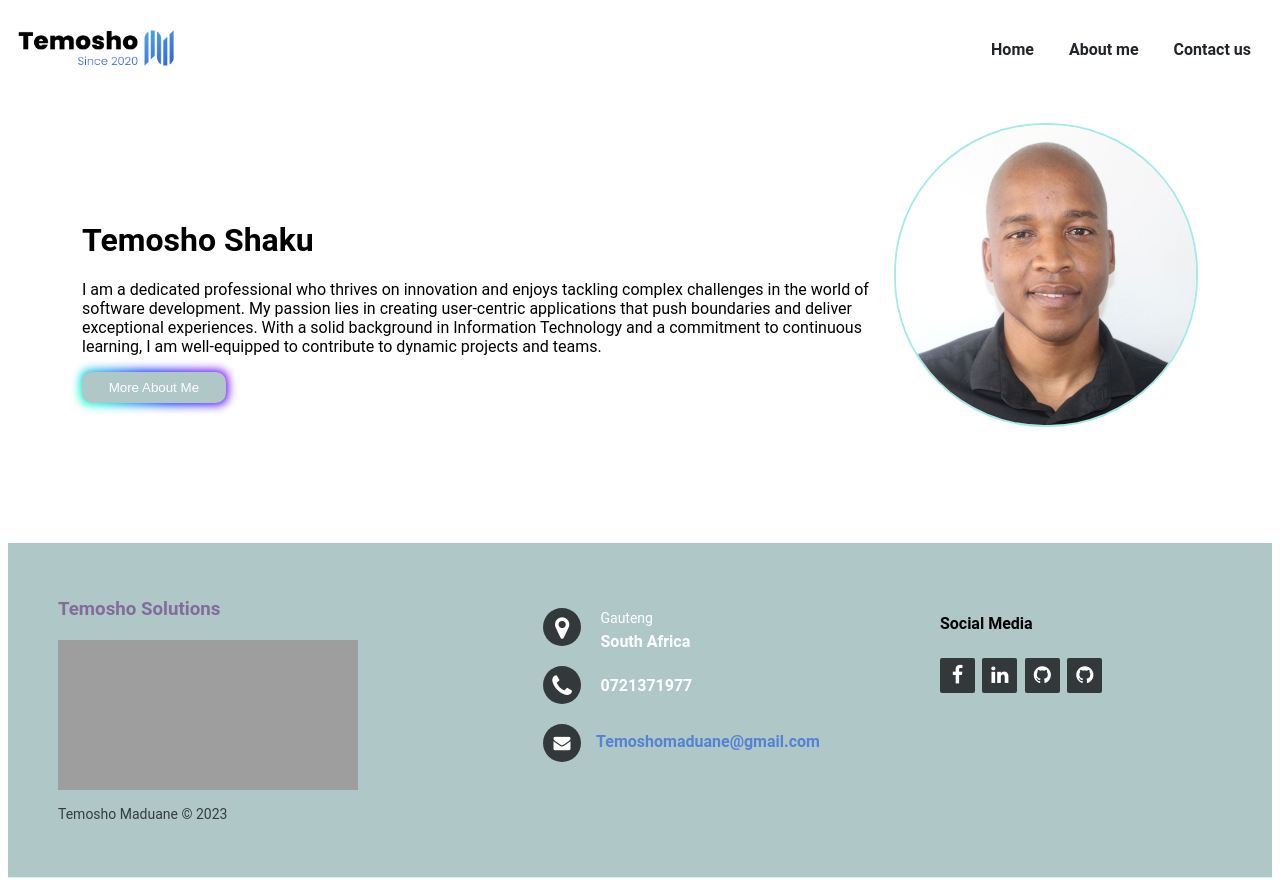
Repository: TemoshoS/T-Shaku
Page: index.html
The author's editor kept a copy of each file at every save. The page is drawn from the files as they stood at one save, then again after the next save.
The browser window is 1280 px wide. The pictures show the whole page.
Pictures or frames that could not be fetched are drawn as grey boxes. Some web libraries are served in a nearby version.

Above is the page before, as saved 2023-09-28 14:55:51.

### index.html
<!DOCTYPE html>
<html>
<title>Temosho Shaku</title>
<meta charset="UTF-8">
<meta name="viewport" content="width=device-width,initial-scale=1">


<link rel="stylesheet" href="./css/style.css">

<link rel="stylesheet" href="http://maxcdn.bootstrapcdn.com/font-awesome/4.2.0/css/font-awesome.min.css">
<link href="http://fonts.googleapis.com/css?family=Cookie" rel="stylesheet" type="text/css">

<body>

  <header>
    <div>
      <table style="width: 100%;">
        <tr>
          <td>
            <a href="index.html">
              <img src="./images/logo.png" style="height: 50px;" alt="No logo" />
            </a>
          </td>
          <td align="right">
            <nav>
              <!-- Mobile Menu Icon -->
              <div class="menu-icon" onclick="toggleMenu()">
                <div class="bar"></div>
                <div class="bar"></div>
                <div class="bar"></div>
              </div>
              <!-- Navigation Links (Initially Hidden) -->
              <ul class="nav-links">
                <a href="index.html" class="nav-link"><b>Home</b></a>
                <a href="about.html" class="nav-link"><b>About me</b></a>
                <a href="contact.html" class="nav-link"><b>Contact us</b></a>
              </ul>
            </nav>
          </td>
        </tr>
      </table>
    </div>
  </header>



  <main>
    <table style="width: 100%; height: 300px">

      <tr>
        <td style="padding-left: 10vh; padding-top: 50px">
          <h1 id="name" class="name"></h1>
          <p style="width: 100%" id="para" class="description"></p>
          <button onclick="window.location.href='about.html'" class="buttonmore">More About Me</button>



        </td>
        <td align="right" style="padding-right: 10vh; padding-top: 30px; padding-bottom: 30px">
          <img src="./images/Temosho.jpg" alt="No picture" class="img-profile" />

        </td>
      </tr>
    </table>
  </main>


  <footer class="footer-distributed">
    <div class="footer-left">

      <h3><span>Temosho Solutions</span></h3>
      <p class="footer-links">
        <iframe
          src="https://www.google.com/maps/embed?pb=!1m18!1m12!1m3!1d57373.12731923028!2d28.183328280934226!3d-26.00669819115315!2m3!1f0!2f0!3f0!3m2!1i1024!2i768!4f13.1!3m3!1m2!1s0x1e956bed9ab01b69%3A0xc853e498933bab2e!2sTembisa%2C%201632!5e0!3m2!1sen!2sza!4v1676883111483!5m2!1sen!2sza"
          width="300" height="150" style="border:0;" allowfullscreen="" loping="lazy"></iframe>


      </p>


      <p class="footer-portfolio-name">Temosho Maduane &copy; 2023</p>
    </div>

    <div class="footer-center">

      <div>
        <i class="fa fa-map-marker"></i>
        <p><span>Gauteng</span>South Africa</p>
      </div>
      <div>
        <i class="fa fa-phone"></i>
        <p>0721371977</p>
        </p>

      </div>
      <div>

        <p><a href="temoshomaduane@gmail.com"><i class="fa fa-envelope"></i>Temoshomaduane@gmail.com</a>
        </p>
      </div>
    </div>

    <div class="footer-right">
      <p>
        Social Media
      </p>

      <div class="footer-icons">
        <a href="https://m.facebook.com/temosho.shaku"><i class="fa fa-facebook"></i></a>
        <a href="https://www.linkedin.com/mwlite/in/temosho-shaku-a2598917b"><i class="fa fa-linkedin"></i></a>
        <a href="https://github.com/TemoshoS"><i class="fa fa-github"></i></a>
        <a href="https://api.whatsapp.com/send?phone=27 721371977"><i class="fa fa-github"></i></a>

      </div>

    </div>
  </footer>
  <script src="./javascript/index.js"></script>
</body>

</html>

### css/style.css
/*Navigation bar*/
.nav-link {
	text-decoration: none;
	display: inline-block;
	padding: 13px 13px;
	color: #212529;
	margin-right: 5px;
  }

  .nav-link:hover {
	text-decoration:none;
	border-bottom: 2px solid #84e7ee;
  }


@import url("https://fonts.googleapis.com/css2?family=Roboto:wght@100&display=swap");
h1,
h2,
h3,
h4,
h5,
h6,
p,
a,
label,
address,
input {
	font-family: "Roboto", sans-serif;
}

/* CSS for Mobile Menu Icon */
.menu-icon {
    display: none; /* Initially hidden */
    cursor: pointer;
}

.menu-icon .bar {
    width: 25px;
    height: 3px;
    background-color: #212529;
    margin: 4px 0;
}

/* Add this to your style.css file */

.name{
font-family: ;

}

.description{

}
.img-profile {
    border-radius: 150px;
    object-fit: cover;
    border: 2px solid rgb(166, 233, 233);
    width: 300px;
    height: 300px;
}


/*button*/

.buttonmore {
	padding: 0.6em 2em;
	border: none;
	outline: none;
	color: rgb(255, 255, 255);
	cursor: pointer;
	position: relative;
	z-index: 0;
	border-radius: 10px;
	user-select: none;
	-webkit-user-select: none;
	touch-action: manipulation;
  }

  .buttonmore:before {
	content: "";
	background: linear-gradient(
	  45deg,
	  #ff0000,
	  #ff7300,
	  #fffb00,
	  #48ff00,
	  #00ffd5,
	  #002bff,
	  #7a00ff,
	  #ff00c8,
	  #ff0000
	);
	position: absolute;
	top: -2px;
	left: -2px;
	background-size: 400%;
	z-index: -1;
	filter: blur(5px);
	-webkit-filter: blur(5px);
	width: calc(100% + 4px);
	height: calc(100% + 4px);
	animation: glowing-button-85 20s linear infinite;
	transition: opacity 0.3s ease-in-out;
	border-radius: 10px;
  }

  @keyframes glowing-button-85 {
	0% {
	  background-position: 0 0;
	}
	50% {
	  background-position: 400% 0;
	}
	100% {
	  background-position: 0 0;
	}
  }

  .buttonmore:after {
	z-index: -1;
	content: "";
	position: absolute;
	width: 100%;
	height: 100%;
	background: #b0c7c7;
	left: 0;
	top: 0;
	border-radius: 10px;
  }
/*Contact form*/
.contactform {


	border-radius: 5px;
	background-color: #f2f2f2;
	padding: 20px;
	width: 400px;
	margin-left: auto;
	margin-right: auto;

}



.footer-distributed{
	background-color: #b0c7c7;
	box-shadow: 0 1px 1px 0 rgba(5, 110, 52, 0.12);
	box-sizing: border-box;
	width: 100%;
	text-align: left;
	font: bold 16px sans-serif;

	padding: 55px 50px;
	margin-top: 80px;
}

.footer-distributed .footer-left,
.footer-distributed .footer-center,
.footer-distributed .footer-right{
	display: inline-block;
	vertical-align: top;
}

.footer-distributed .footer-left{
	width: 40%;
}

.footer-distributed h3{
	color:  #ffffff;

	margin: 0;
}

.footer-distributed h3 span{
	color:  #826c9b;
}


.footer-distributed .footer-links{
	color:  #ffffff;
	margin: 20px 0 12px;
	padding: 0;
}

.footer-distributed .footer-links a{
	display:inline-block;
	line-height: 1.8;
	text-decoration: none;
	color:  inherit;
}

.footer-distributed .footer-portfolio-name{
	color:  #373d3d;
	font-size: 14px;
	font-weight: normal;
	margin: 0;
}


.footer-distributed .footer-center{
	width: 35%;
}

.footer-distributed .footer-center i{
	background-color:  #33383b;
	color: #ffffff;
	font-size: 25px;
	width: 38px;
	height: 38px;
	border-radius: 50%;
	text-align: center;
	line-height: 42px;
	margin: 10px 15px;
	vertical-align: middle;
}

.footer-distributed .footer-center i.fa-envelope{
	font-size: 17px;
	line-height: 38px;
}

.footer-distributed .footer-center p{
	display: inline-block;
	color: #ffffff;
	vertical-align: middle;
	margin:0;
}

.footer-distributed .footer-center p span{
	display:block;
	font-weight: normal;
	font-size:14px;
	line-height:2;
}

.footer-distributed .footer-center p a{
	color:  #5383d3;
	text-decoration: none;;
}

.footer-distributed .footer-right{
	width: 20%;
}

.footer-distributed .footer-portfolio-about{
	line-height: 20px;
	color:  #92999f;
	font-size: 13px;
	font-weight: normal;
	margin: 0;
}

.footer-distributed .footer-portfolio-about span{
	display: block;
	color:  #ffffff;
	font-size: 14px;
	font-weight: bold;
	margin-bottom: 20px;
}

.footer-distributed .footer-icons{
	margin-top: 25px;
}

.footer-distributed .footer-icons a{
	display: inline-block;
	width: 35px;
	height: 35px;
	cursor: pointer;
	background-color:  #33383b;
	border-radius: 2px;

	font-size: 20px;
	color: #ffffff;
	text-align: center;
	line-height: 35px;

	margin-right: 3px;
	margin-bottom: 5px;
}




@media (max-width: 880px) {

	.menu-icon {
        display: block; /* Display the icon for smaller screens */
    }

    .nav-links {
        display: none; /* Hide the navigation links for smaller screens */
    }

    /* Add additional styles for the navigation links when hidden */
    .nav-link {
        display: block;
        text-align: center;
        margin: 5px 0;
        padding: 10px;
    }

	.img-profile {
		border-radius: 100px;
		object-fit: cover;
		border: 1px solid rgb(166, 233, 233);
		width: 200px;
		height: 200px;
	}


	.footer-distributed{
		font: bold 14px sans-serif;

	}

	.footer-distributed .footer-left,
	.footer-distributed .footer-center,
	.footer-distributed .footer-right{
		display: block;
		width: 100%;
		margin-bottom: 40px;
		text-align: center;
	}

	.footer-distributed .footer-center i{
		margin-left: 0;
	}


}

### javascript/index.js

document.getElementById("name").innerHTML = "Temosho Shaku";

document.getElementById("para").innerHTML = `I am a dedicated professional who thrives on innovation and enjoys tackling complex challenges in
the world of software development. My passion lies in creating user-centric applications that push
boundaries and deliver exceptional experiences. With a solid background in Information
Technology and a commitment to continuous learning, I am well-equipped to contribute to
dynamic projects and teams.`;




function toggleMenu() {
    var navLinks = document.querySelector('.nav-links');
    navLinks.style.display = navLinks.style.display === 'block' ? 'none' : 'block';
}

After the next save:
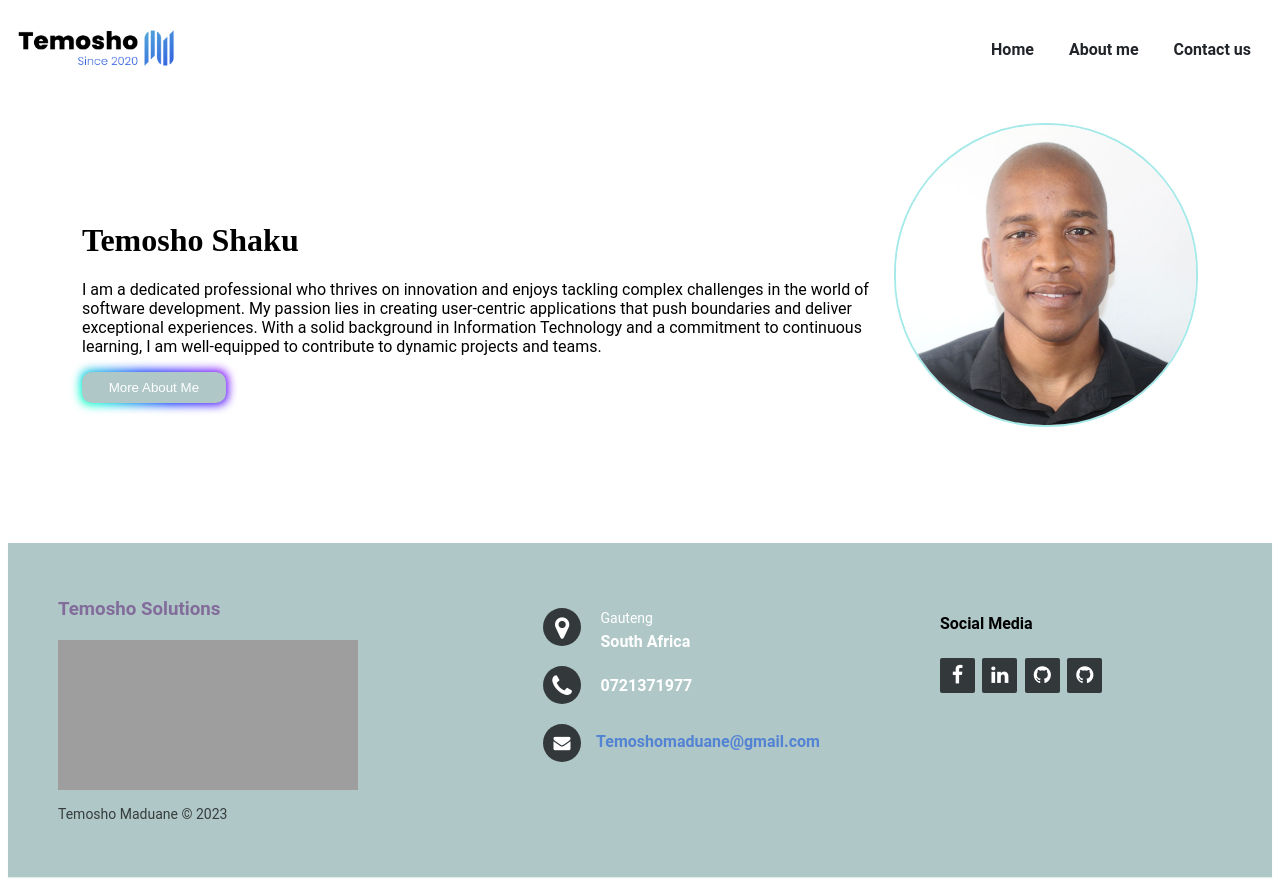
Saved 4 s later.
--- a/css/style.css
+++ b/css/style.css
@@ -44,7 +44,7 @@
 /* Add this to your style.css file */
 
 .name{
-font-family: ;
+font-family: cursive;
 
 }
 

After the save that followed:
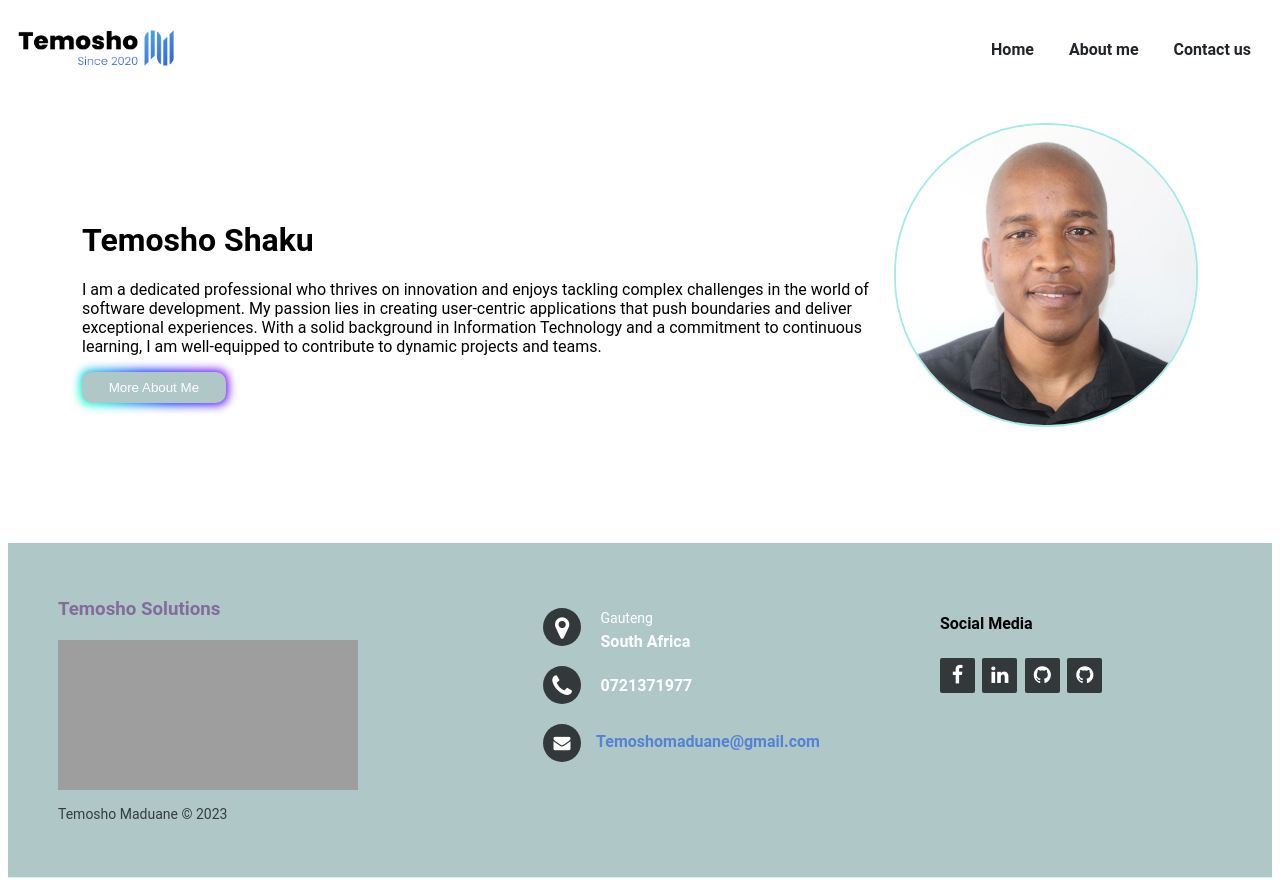
Saved 6 s later.
--- a/css/style.css
+++ b/css/style.css
@@ -44,7 +44,7 @@
 /* Add this to your style.css file */
 
 .name{
-font-family: cursive;
+font-family:;
 
 }
 
